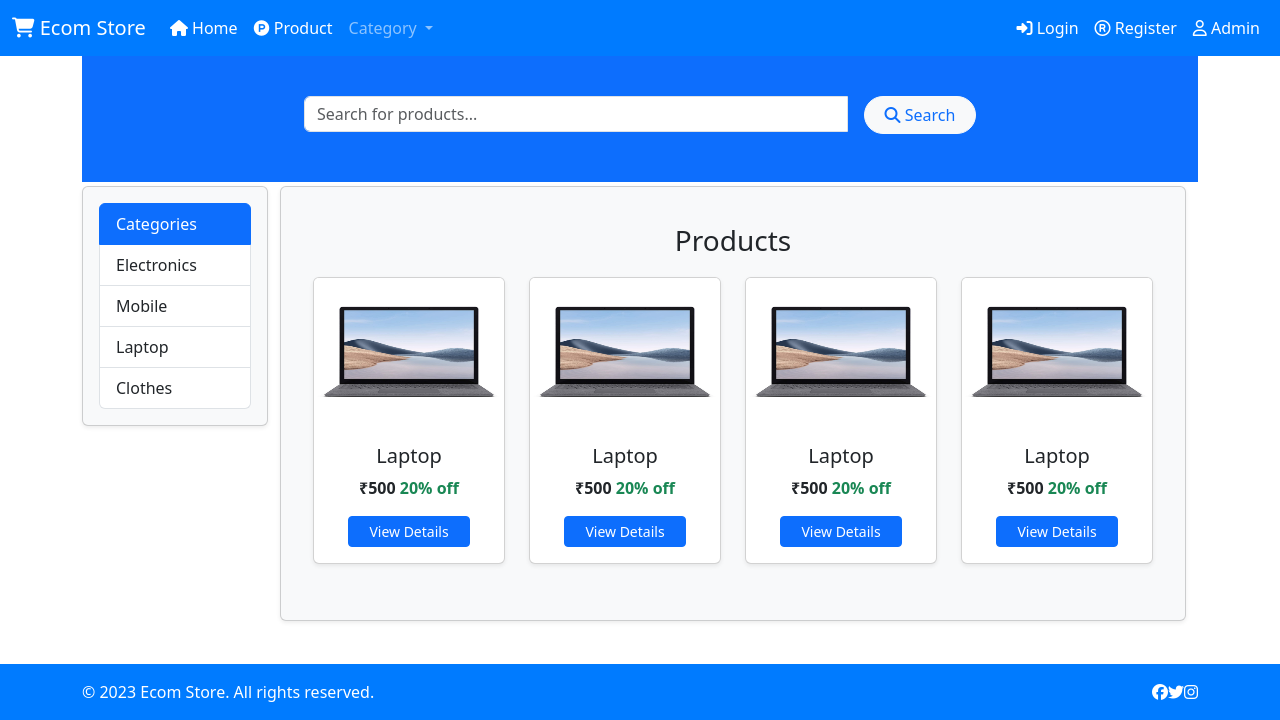
Repository: Deva-bot/EcomProject
Page: http://localhost/product
The author's editor kept a copy of each file at every save. The page is drawn from the files as they stood at one save, then again after the next save.
The browser window is 1280 px wide. The pictures show the whole page.
The page is this project's Thymeleaf template; nobody is signed in. The template is opened directly, without the code that normally fills it, so the values that code supplies are empty.

Above is the page before, as saved 2024-07-12 17:11:09.

### Shopping_Cart/src/main/resources/templates/product.html
<!DOCTYPE html>
<html lang="en" xmlns:th="http://www.thymeleaf.org" th:replace="base::layout(~{::section})">
<head>
    <meta charset="ISO-8859-1">
    <title>Product Details</title>
</head>
<body>
    <section th:fragment="content">
        <div class="container-fluid bg-primary p-5 mt-4">
            <div class="row">
                <div class="col-md-8 offset-md-2">
                    <form>
                        <div class="input-group">
                            <input type="text" class="form-control h-50" name="search" placeholder="Search for products...">
                            <button class="btn btn-light text-primary ms-3 col-md-2 h-50 rounded-pill">
                                <i class="fa-solid fa-magnifying-glass"></i> Search
                            </button>
                        </div>
                    </form>
                </div>
            </div>
        </div>
        <!--End Search bar-->

        <!-- Start Category -->
        <div class="container-fluid mt-1">
            <div class="row">
                <div class="col-md-2 p-0">
                    <div class="card shadow-sm p-0 mb-5 bg-body-tertiary rounded">
                        <div class="card-body">
                            <div class="list-group">
                                <a href="#" class="list-group-item list-group-item-action active" aria-current="true">
                                    Categories
                                </a>
                                <a href="#" class="list-group-item list-group-item-action">Electronics</a>
                                <a href="#" class="list-group-item list-group-item-action">Mobile</a>
                                <a href="#" class="list-group-item list-group-item-action">Laptop</a>
                                <a href="#" class="list-group-item list-group-item-action">Clothes</a>
                            </div>
                        </div>
                    </div>
                </div>
                <!-- End Category -->

                <!-- Start Product bar-->
                <div class="col-md-10">
                    <div class="card shadow-sm p-3 mb-5 bg-body-tertiary rounded">
                        <div class="card-body">
                            <p class="fs-3 text-center">Products</p>
                            <div class="row">
                                <!-- Start product cards  -->
                                <div class="col-md-3 mb-4">
                                    <div class="card shadow-sm">
                                        <img src="img/product_img/laptop.jpg" class="card-img-top" alt="Laptop"
                                            height="150px">
                                        <div class="card-body">
                                            <h5 class="card-title text-center">Laptop</h5>
                                            <div class="row text-center">
                                                <p class="fs-6 fw-bold"> &#8377;500
                                                    <span class="fs-6 text-success">20% off</span>
                                                </p>
												<a href="/product-details/1" class="btn btn-primary btn-sm col-md-8 offset-md-2">View Details</a>

                                            </div>
                                        </div>
                                    </div>
                                </div>

                                <div class="col-md-3 mb-4">
                                    <div class="card shadow-sm">
                                        <img src="img/product_img/laptop.jpg" class="card-img-top" alt="Laptop"
                                            height="150px">
                                        <div class="card-body">
                                            <h5 class="card-title text-center">Laptop</h5>
                                            <div class="row text-center">
                                                <p class="fs-6 fw-bold"> &#8377;500
                                                    <span class="fs-6 text-success">20% off</span>
                                                </p>
												<a href="/product-details/1" class="btn btn-primary btn-sm col-md-8 offset-md-2">View Details</a>

                                            </div>
                                        </div>
                                    </div>
                                </div>

                                <div class="col-md-3 mb-4">
                                    <div class="card shadow-sm">
                                        <img src="img/product_img/laptop.jpg" class="card-img-top" alt="Laptop"
                                            height="150px">
                                        <div class="card-body">
                                            <h5 class="card-title text-center">Laptop</h5>
                                            <div class="row text-center">
                                                <p class="fs-6 fw-bold"> &#8377;500
                                                    <span class="fs-6 text-success">20% off</span>
                                                </p>
												<a href="/product-details/1" class="btn btn-primary btn-sm col-md-8 offset-md-2">View Details</a>

                                            </div>
                                        </div>
                                    </div>
                                </div>

                                <div class="col-md-3 mb-4">
                                    <div class="card shadow-sm">
                                        <img src="img/product_img/laptop.jpg" class="card-img-top" alt="Laptop"
                                            height="150px">
                                        <div class="card-body">
                                            <h5 class="card-title text-center">Laptop</h5>
                                            <div class="row text-center">
                                                <p class="fs-6 fw-bold"> &#8377;500
                                                    <span class="fs-6 text-success">20% off</span>
                                                </p>
												<a href="/product-details/1" class="btn btn-primary btn-sm col-md-8 offset-md-2">View Details</a>

                                            </div>
                                        </div>
                                    </div>
                                </div>
                            </div>
                        </div>
                    </div>
                </div>
            </div>
            <!-- End Product bar-->
        </div>
    </section>
</body>
</html>

### Shopping_Cart/src/main/resources/templates/base.html
<!DOCTYPE html>
<html lang="en" xmlns:th="http://www.thymeleaf.org" th:fragment="layout(content)">

<head>
	<meta charset="ISO-8859-1">
	<title>Ecom Store</title>
	<!-- Bootstrap link-->
	<link href="https://cdn.jsdelivr.net/npm/bootstrap@5.3.3/dist/css/bootstrap.min.css" rel="stylesheet"
		integrity="sha384-QWTKZyjpPEjISv5WaRU9OFeRpok6YctnYmDr5pNlyT2bRjXh0JMhjY6hW+ALEwIH" crossorigin="anonymous">

	<!-- Font Awesome link-->
	<link rel="stylesheet" href="https://cdnjs.cloudflare.com/ajax/libs/font-awesome/6.5.2/css/all.min.css"
		integrity="sha512-SnH5WK+bZxgPHs44uWIX+LLJAJ9/2PkPKZ5QiAj6Ta86w+fsb2TkcmfRyVX3pBnMFcV7oQPJkl9QevSCWr3W6A=="
		crossorigin="anonymous" referrerpolicy="no-referrer" />

	<style>
		.bg-ecom {
			background-color: #007bff !important;
		}
	</style>
</head>

<body>
	<!-- Navbar start-->
	<nav class="navbar navbar-expand-lg bg-ecom fixed-top navbar-dark">
		<div class="container-fluid">
			<a class="navbar-brand" href="/"><i class="fa-solid fa-cart-shopping"></i> Ecom Store</a>
			<button class="navbar-toggler" type="button" data-bs-toggle="collapse"
				data-bs-target="#navbarSupportedContent" aria-controls="navbarSupportedContent" aria-expanded="false"
				aria-label="Toggle navigation">
				<span class="navbar-toggler-icon"></span>
			</button>
			<div class="collapse navbar-collapse" id="navbarSupportedContent">
				<ul class="navbar-nav me-auto mb-2 mb-lg-0">
					<li class="nav-item">
						<a class="nav-link active" aria-current="page" href="/"><i class="fa-solid fa-house"></i>
							Home</a>
					</li>
					<li class="nav-item">
						<a class="nav-link active" aria-current="page" href="/products"><i
								class="fa-brands fa-product-hunt"></i> Product</a>
					</li>
					<li class="nav-item dropdown">
						<a class="nav-link dropdown-toggle" href="#" role="button" data-bs-toggle="dropdown"
							aria-expanded="false">
							Category
						</a>
					</li>
				</ul>
				<ul class="navbar-nav ms-auto mb-2 mb-lg-0">
					<li class="nav-item">
						<a class="nav-link active" aria-current="page" href="/login"><i
								class="fa-solid fa-right-to-bracket"></i> Login</a>
					</li>
					<li class="nav-item">
						<a class="nav-link active" aria-current="page" href="/register"><i
								class="fa-regular fa-registered"></i>
							Register</a>
					</li>
					<li class="nav-item">
						<a class="nav-link active" aria-current="page" href="#"><i class="fa-regular fa-user"></i>
							Admin</a>
					</li>
				</ul>
			</div>
		</div>
	</nav>
	<!-- Navbar end-->

	<div class="container mt-5 mb-5">
		<div th:replace="~{::content}"></div>
	</div>

	<!--Start Footer-->
	<footer class="container-fluid bg-ecom text-white py-3 fixed-bottom">
		<div class="container d-flex justify-content-between align-items-center">
			<p class="mb-0">&copy; 2023 Ecom Store. All rights reserved.</p>
			<ul class="list-unstyled d-flex mb-0">
				<li><a href="#" class="text-white mr-3"><i class="fab fa-facebook"></i></a></li>
				<li><a href="#" class="text-white mr-3"><i class="fab fa-twitter"></i></a></li>
				<li><a href="#" class="text-white mr-3"><i class="fab fa-instagram"></i></a></li>
			</ul>
		</div>
	</footer>
	<!--End Footer-->

	<script src="https://cdn.jsdelivr.net/npm/bootstrap@5.3.3/dist/js/bootstrap.bundle.min.js"
		integrity="sha384-YvpcrYf0tY3lHB60NNkmXc5s9fDVZLESaAA55NDzOxhy9GkcIdslK1eN7N6jIeHz" crossorigin="anonymous">
		</script>
</body>

</html>

After the next save:
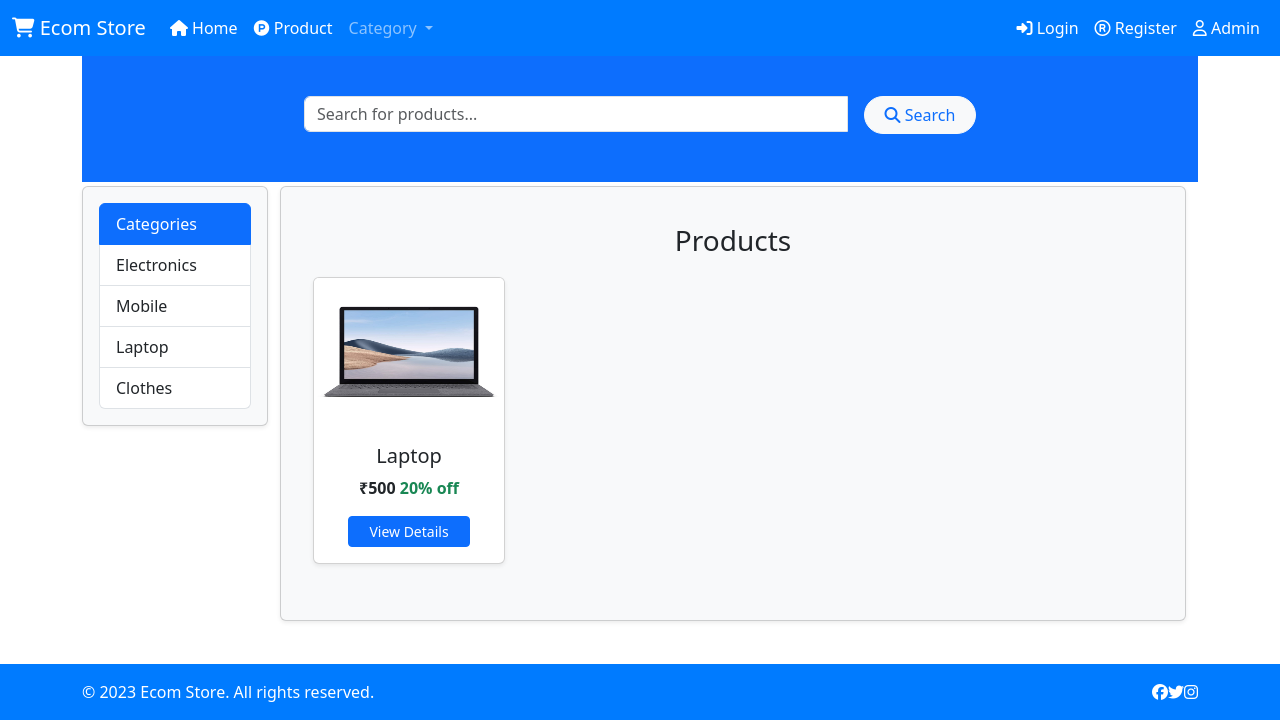
Saved 89 s later.
--- a/Shopping_Cart/src/main/resources/templates/product.html
+++ b/Shopping_Cart/src/main/resources/templates/product.html
@@ -1,7 +1,7 @@
 <!DOCTYPE html>
 <html lang="en" xmlns:th="http://www.thymeleaf.org" th:replace="base::layout(~{::section})">
 <head>
-    <meta charset="ISO-8859-1">
+    <meta charset="UTF-8">
     <title>Product Details</title>
 </head>
 <body>
@@ -13,7 +13,7 @@
                         <div class="input-group">
                             <input type="text" class="form-control h-50" name="search" placeholder="Search for products...">
                             <button class="btn btn-light text-primary ms-3 col-md-2 h-50 rounded-pill">
-                                <i class="fa-solid fa-magnifying-glass"></i> Search
+                                <i class="fas fa-search"></i> Search
                             </button>
                         </div>
                     </form>
@@ -56,66 +56,17 @@
                                         <div class="card-body">
                                             <h5 class="card-title text-center">Laptop</h5>
                                             <div class="row text-center">
-                                                <p class="fs-6 fw-bold"> &#8377;500
+                                                <p class="fs-6 fw-bold"> ₹500
                                                     <span class="fs-6 text-success">20% off</span>
                                                 </p>
-												<a href="/product-details/1" class="btn btn-primary btn-sm col-md-8 offset-md-2">View Details</a>
-
+                                                <a href="/product-details/1" class="btn btn-primary btn-sm col-md-8 offset-md-2">View Details</a>
                                             </div>
                                         </div>
                                     </div>
                                 </div>
 
-                                <div class="col-md-3 mb-4">
-                                    <div class="card shadow-sm">
-                                        <img src="img/product_img/laptop.jpg" class="card-img-top" alt="Laptop"
-                                            height="150px">
-                                        <div class="card-body">
-                                            <h5 class="card-title text-center">Laptop</h5>
-                                            <div class="row text-center">
-                                                <p class="fs-6 fw-bold"> &#8377;500
-                                                    <span class="fs-6 text-success">20% off</span>
-                                                </p>
-												<a href="/product-details/1" class="btn btn-primary btn-sm col-md-8 offset-md-2">View Details</a>
+                                <!-- Repeat for other product cards -->
 
-                                            </div>
-                                        </div>
-                                    </div>
-                                </div>
-
-                                <div class="col-md-3 mb-4">
-                                    <div class="card shadow-sm">
-                                        <img src="img/product_img/laptop.jpg" class="card-img-top" alt="Laptop"
-                                            height="150px">
-                                        <div class="card-body">
-                                            <h5 class="card-title text-center">Laptop</h5>
-                                            <div class="row text-center">
-                                                <p class="fs-6 fw-bold"> &#8377;500
-                                                    <span class="fs-6 text-success">20% off</span>
-                                                </p>
-												<a href="/product-details/1" class="btn btn-primary btn-sm col-md-8 offset-md-2">View Details</a>
-
-                                            </div>
-                                        </div>
-                                    </div>
-                                </div>
-
-                                <div class="col-md-3 mb-4">
-                                    <div class="card shadow-sm">
-                                        <img src="img/product_img/laptop.jpg" class="card-img-top" alt="Laptop"
-                                            height="150px">
-                                        <div class="card-body">
-                                            <h5 class="card-title text-center">Laptop</h5>
-                                            <div class="row text-center">
-                                                <p class="fs-6 fw-bold"> &#8377;500
-                                                    <span class="fs-6 text-success">20% off</span>
-                                                </p>
-												<a href="/product-details/1" class="btn btn-primary btn-sm col-md-8 offset-md-2">View Details</a>
-
-                                            </div>
-                                        </div>
-                                    </div>
-                                </div>
                             </div>
                         </div>
                     </div>
